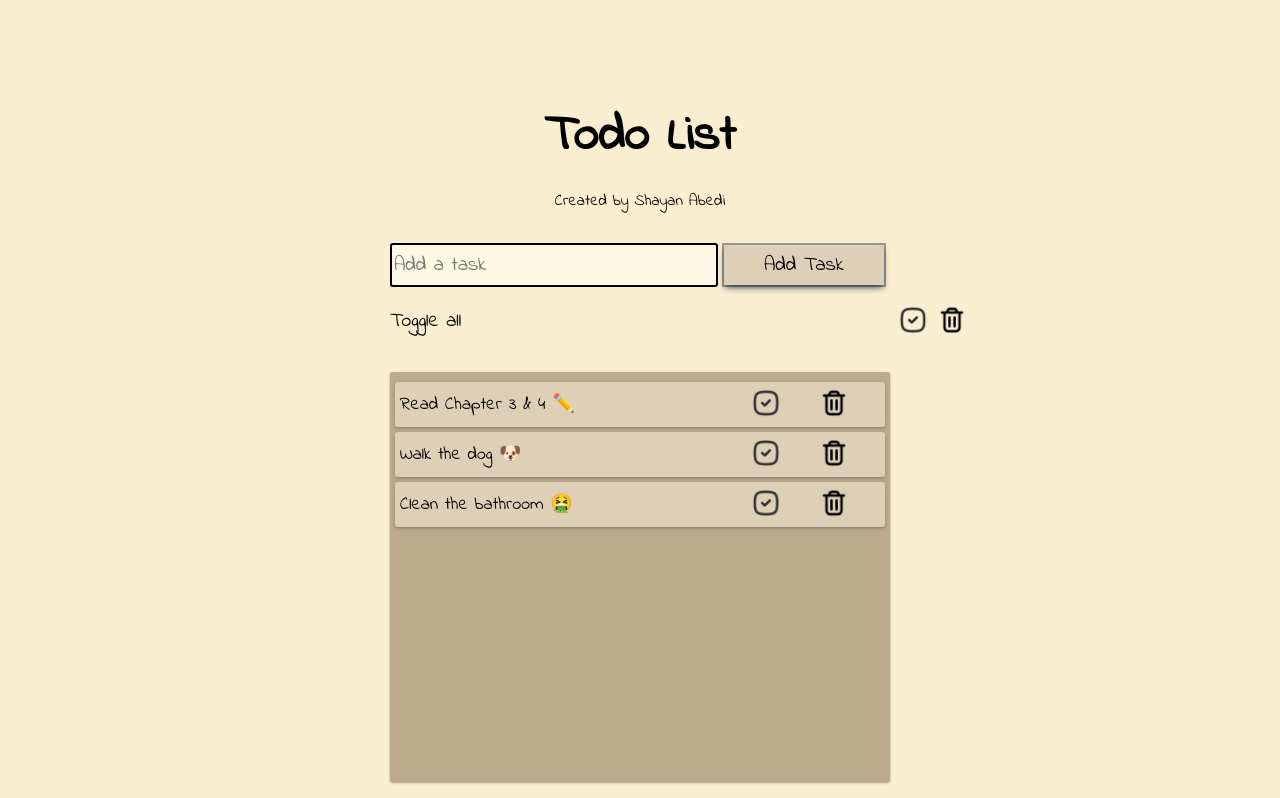
Repository: shayanabedi98/todo-list
Page: /
An editor plug-in stored every save of this project. The page is shown before and after the next save, followed by the edit.
The browser window is 1280 px wide. The pictures show the whole page.
The project was rebuilt for these pictures with package versions that can differ from the ones it lists, and the page was loaded fresh each time. Also part of the build but not shown: vite.config.js.

Above is the page before, as saved 2023-12-30 17:23:11.

After the next save:
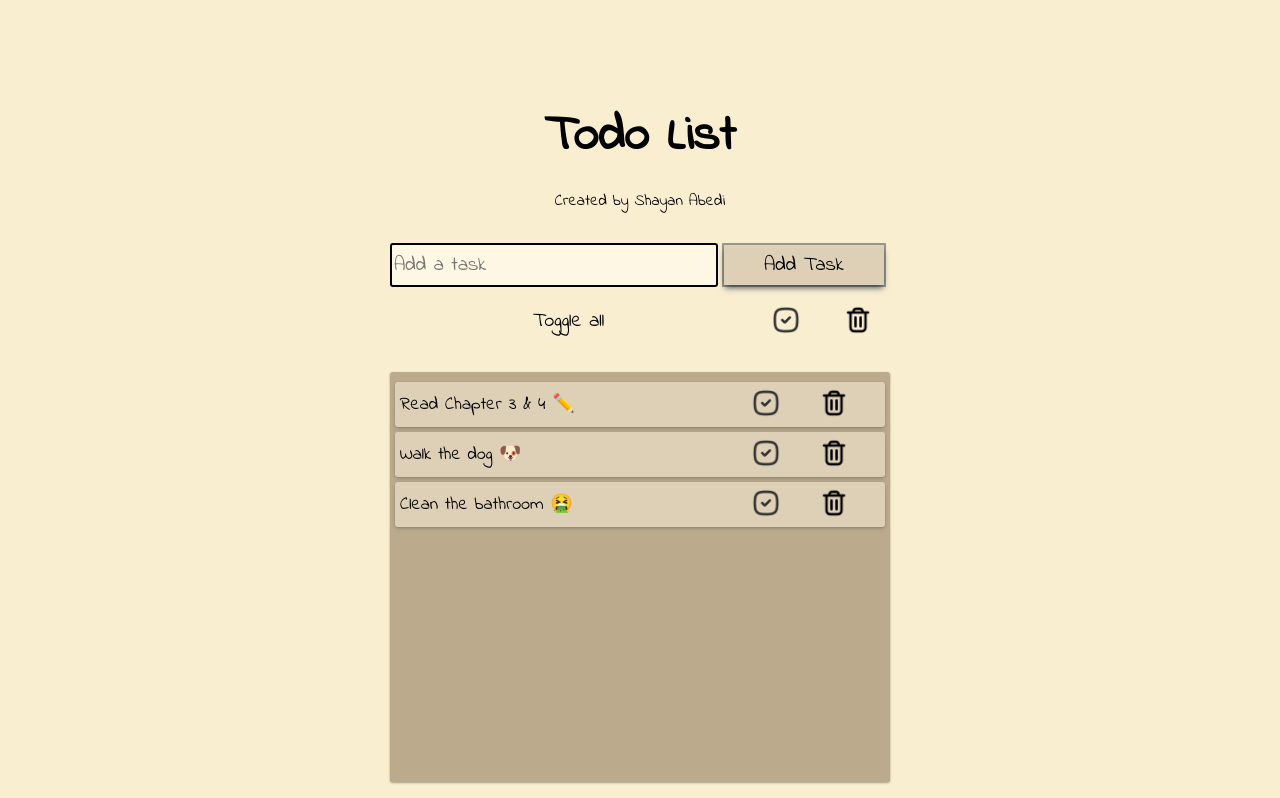
Saved 9 s later.
--- a/src/index.css
+++ b/src/index.css
@@ -82,7 +82,7 @@ h1 {
   align-items: center;
 }
 
-p, h1, .create-task, .list, .affect-all {
+#developer, h1, .create-task, .list, .affect-all {
   width: 500px;
   margin-left: auto;
   margin-right: auto;
